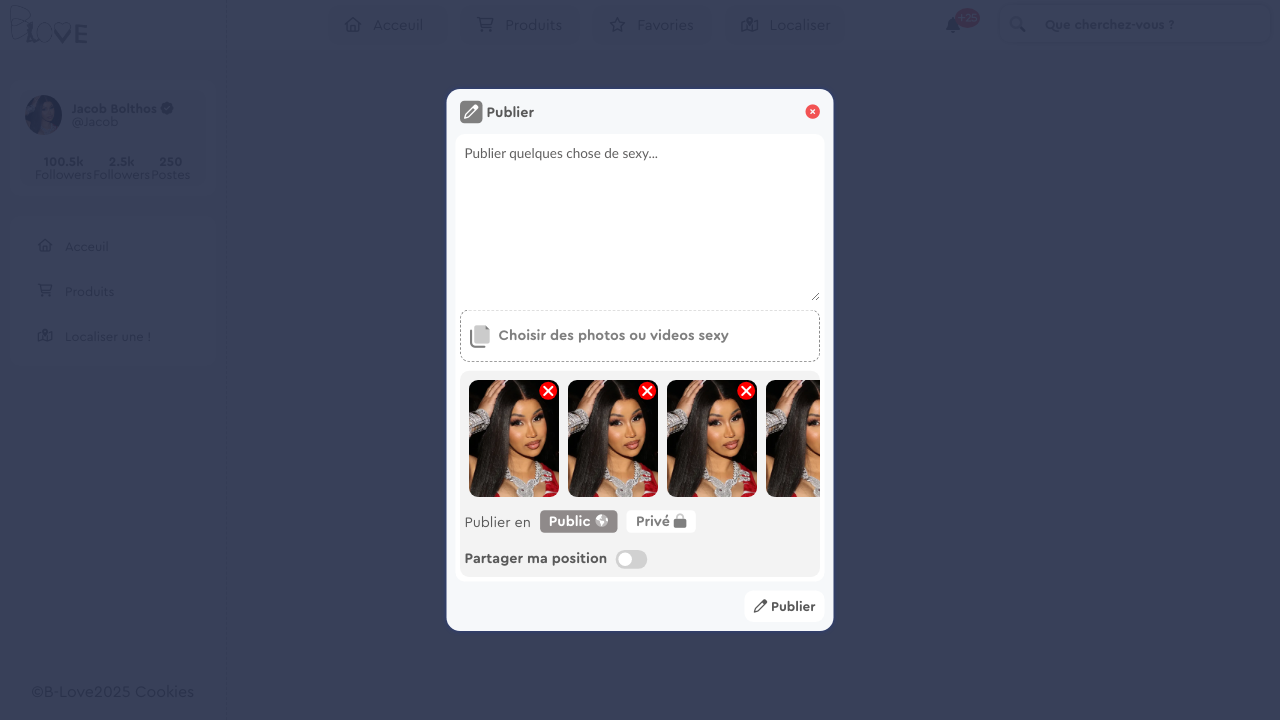
Repository: moomoony-log/b-love
Page: /home
An editor plug-in stored every save of this project. The page is shown before and after the next save, followed by the edit.
The browser window is 1280 px wide. The pictures show the whole page.
Pictures or frames that could not be fetched are drawn as grey boxes. The project was rebuilt for these pictures with package versions that can differ from the ones it lists, and the page was loaded fresh each time. Also part of the build but not shown: vite.config.ts, src/rules/legacy.tsx, src/rules/privacy.tsx, src/components/basic/notification.tsx, src/view/auth.tsx, src/view/main/acceuil.tsx, src/view/main/dashbord.tsx, src/view/main/info-account.tsx and 3 more.

Above is the page before, as saved 2025-10-14 17:12:17.

### index.html
<!--
        ?????????         ?????????        ???????????????????
        ????? ?????     ????? ?????      ??????????   ??????????
        ?????  ?????   ?????  ?????    ????????         ????????
        ?????   ????? ?????   ?????    ??????            ????????
        ?????    ?????????    ?????    ??????            ????????
        ?????      ?????      ?????    ???????          ????????
        ?????                 ?????     ?????????      ????????
        ?????                 ?????        ???????????????????
        ?????                 ?????         ????????????????

    TRAVAIL JUSQU'A CE QU'ON DISE QUE TU ES FRANC-MAÇON
    TRAVAIL JUSQU'A CE QU'ON DISE QUE TU ES FRANC-MAÇON
    TRAVAIL JUSQU'A CE QU'ON DISE QUE TU ES FRANC-MAÇON
-->
<!doctype html>
<html lang="en">
  <head>
    <meta charset="UTF-8">
    <meta name="viewport" content="width=device-width, initial-scale=1.0">
    <meta http-equiv="X-UA-Compatible" content="IE=edge">
    <!-- Inbuilt -->
    <link rel="shortcut icon" href="./img/logoloveb.png" type="image/x-icon">
    <!-- <link rel="stylesheet" href="./vendor/font-awesome-pro/css/all.css">  -->
    <!-- <link rel="stylesheet" href="./css/app.css">  -->
    <title>B!love</title>
  </head>
  <body id="index">
    <div id="main-container"></div>
    <script type="module" src="/src/main.tsx"></script>
  </body>
</html>

### src/main.tsx
import { StrictMode } from 'react'
import { createRoot } from 'react-dom/client'
import App from './app'

createRoot(document.getElementById('main-container')!).render(
  <StrictMode>
    <App />
  </StrictMode>
)

### src/app.tsx

import { createBrowserRouter, RouterProvider } from "react-router-dom";
import Legacy from "./rules/legacy";
import Privacy from "./rules/privacy";
import Main from "./view/main/main";
import Auth from "./view/auth";
import Acceuil from "./view/main/acceuil";
import Dashbord from "./view/main/dashbord";
import "../public/css/app.css"
import "../public/vendor/font-awesome-pro/css/all.css"
import InfoAccount from "./view/main/info-account";
import Account from "./view/main/account";
import BecomeToMember from "./view/main/becomeToMember";
import Product from "./view/main/product";

// import Auth from "./view/auth";

const router =  createBrowserRouter([
	{
		path:'/',
		element:<Auth/>
	},
	{
		path:'/legacy',
		element:<Legacy/>
	},
	{
		path:'/privacy',
		element:<Privacy/>
	},
	{
		path:'/home',
		element:<Main/>,
		children:[
			{
				path:'acceuil',
				element: <Acceuil/>
			},
			{
				path:'dashbord',
				element: <Dashbord/>,
			},
			{
				path: 'product',
				element: <Product/>
			},
			{
				path:'check',
				element: <div>Localisation</div>
			},
			{
				path:'client',
				element: <InfoAccount/>,
				children: [
					{
						path:'compte',
						element: <Account/>
					},
					{
						path:'devenir_membre',
						element: <BecomeToMember/>
					},

				]
			}

		]
	}
])

// --> POINT D'ENTREE DANS L'APP(INDEX --> AUTH)
function App() {
	return <RouterProvider router={router}/>
}

export default App

### src/view/main/main.tsx
import { useEffect, useRef } from "react"
import { NavLink, Outlet } from "react-router-dom"
import Input from "../../components/basic/input"
import Button from "../../components/basic/button"
import ConfirmModal from "../../components/basic/modals/confirm"
import PublicationModal from "../../components/basic/modals/publication"

// --> content app-right

const Main = () => {
    const mainRef = useRef<HTMLDivElement>(null)
    useEffect(()=> {
		const index = mainRef.current?.parentElement?.parentElement

		if(index) index.removeAttribute("id")
		return () => { index?.setAttribute("id","index") }
	}, [])

    return (
        <>
        <div id="modals">
            <PublicationModal/>
        </div>
        <div id="app" ref={mainRef}>
            <div id="app-content-left">
                <div className="logo-content">
                    <img src="../../img/logB-love.png" alt=""/>
                    <i className="fa-regular fa-xmark-large"></i>
                </div>
                <div className="infos-account">
                    <NavLink to={"/home/client"}>
                        <div className="cont-infos-account">
                        <div className="identity">
                            <div className="cont-account-img" data-name="account"><img src="../../img/cardi_b.webp" alt="account-image"/></div>
                            <div className="name">
                                <span>Jacob Bolthos <i className="fa-solid fa-badge-check fa-rotate-by"></i></span>
                                <span>@Jacob</span>
                            </div>
                        </div>
                        <div className="followers">
                            <div className="cont-datail">
                                <span className="nb-follower">100.5k</span>
                                <span>Followers</span>
                            </div>
                            <div className="cont-datail">
                                <span className="nb-follower">2.5k</span>
                                <span>Followers</span>
                            </div>
                            <div className="cont-datail">
                                <span className="nb-post">250</span>
                                <span>Postes</span>
                            </div>
                        </div>
                    </div>
                    </NavLink>
                </div>
                 <div className="content-home-btn" data-parent="bar-left">
                    <Button type="button" children={true} to="/home/acceuil" name="Acceuil" icon="fa-regular fa-home" border={true} />
                    <Button type="button" children={true} to="/home/product" name="Produits" icon="fa-regular fa-cart-shopping" border={true} />
                    <Button type="button" children={true} to="/home/check" name="Localiser une !" icon="fa-regular fa-map-location-dot" border={true} />
                </div>
                <div className="privacy-terms">
                    ©B-Love2025 Cookies
                </div>
            </div>
            <div id="app-content-right">
                <div className="head">
                    <div className="cont-head">
                        <div className="logo-content">
                            <i className="fa-solid fa-arrow-left-from-line"></i>
                            <img src="../img/logB-love.png" alt=""/>
                        </div>
                        <div className="navigation-btn">
                            <Button type="button" navigate="true" children={true} to="/home/acceuil" name="Acceuil" icon="fa-regular fa-home" border={true} />
                            <Button type="button" navigate="true" children={true} to="/home/product" name="Produits" icon="fa-regular fa-cart-shopping" border={true} />
                            <Button type="button" navigate="true" children={true} to="/home/favories" name="Favories" icon="fa-regular fa-star" border={true} />
                            <Button type="button" navigate="true" children={true} to="/home/check" name="Localiser" icon="fa-regular fa-map-location-dot" border={true}/>
                        </div>
                        <div className="account-btn">
                            <div className="notifs">
                                <i className="fa-solid fa-bell" title="Notifications" data-count="+25"></i>
                            </div>
                            <div className="search">
                                <Input type="text" icon="fa-duotone fa-magnifying-glass" placeholder="Que cherchez-vous ?"/>
                                <div className="cont-recent-search">
                                    <div className="recent-search-item">
                                        <i className="fa-duotone fa-timer"></i>
                                        <span>Alissa la plus go du peuple</span>
                                        <i className="fa-solid fa-xmark"></i>
                                    </div>
                                    <div className="recent-search-item">
                                        <i className="fa-duotone fa-timer"></i>
                                        <span>Alissa la plus go du peuple</span>
                                        <i className="fa-solid fa-xmark"></i>
                                    </div>
                                    <div className="recent-search-item">
                                        <i className="fa-duotone fa-timer"></i>
                                        <span>Alissa la plus go du peuple </span>
                                        <i className="fa-solid fa-xmark"></i>
                                    </div>
                                    <div className="recent-search-item">
                                        <i className="fa-duotone fa-timer"></i>
                                        <span>Alissa la plus go du peuple</span>
                                        <i className="fa-solid fa-xmark"></i>
                                    </div>
                                </div>
                            </div>
                        </div>
                    </div>
                    <div className="navigation-btn dos">
                        <button type="button" className="ui-btn" name=""  data-size="large"  data-navigate data-active><i className="fa-regular fa-house"></i> </button>
                        <button type="button" className="ui-btn" name=""  data-size="large"  data-navigate ><i className="fa-regular fa-cart-shopping"></i></button>
                        <button type="button" className="ui-btn" name=""  data-size="large"  data-navigate ><i className="fa-regular fa-star"></i></button>
                        <button type="button" className="ui-btn" name=""  data-size="large"  data-navigate ><i className="fa-regular fa-map-location-dot"></i></button>
                        <button type="button" className="ui-btn" name=""  data-size="large"  data-navigate ><i className="fa-solid fa-bell" title="Notifications" data-count="+25"></i> </button>
                    </div>
                </div>
                {/* Contenu des notifications de (messages de l'app) */}
                <div className="message-container" data-show_>
                    <span className="title" data-number="355"><i className="fa-solid fa-bell"></i> Notifications</span>
                    <div className="item-cont cool-scroll-bar">
                        <div className="message-item">
                            <div className="cont-account-img" data-name="pub-2"><img src="../img/cardi_b.webp" alt="account-image"/></div>
                            <div className="comment">
                                <span className="names">ALAIN Dowahi Fall</span>
                                <span className="text">Vous suit à présent</span>
                                <span className="time"><i className="fa-regular fa-timer"></i> Maintenant</span>
                            </div>
                        </div>
                        <div className="message-item">
                            <div className="cont-account-img" data-name="pub-2"><img src="../img/cardi_b.webp" alt="account-image"/></div>
                            <div className="comment">
                                <span className="names">ALAIN Dowahi Fall</span>
                                <span className="text">Vous suit à présent</span>
                                <span className="time"><i className="fa-regular fa-timer"></i> Maintenant</span>
                            </div>
                        </div>
                        <div className="message-item" data-new="">
                            <div className="cont-account-img" data-name="pub-2"><img src="../img/cardi_b.webp" alt="account-image"/></div>
                            <div className="comment">
                                <span className="names">ALAIN Dowahi Fall</span>
                                <span className="text">A signalé votre compte</span>
                                <span className="time"><i className="fa-regular fa-timer"></i> Il ya 12h</span>
                            </div>
                        </div>
                        <div className="message-item">
                            <div className="cont-account-img" data-name="pub-2"><i className="fa-solid fa-gears"></i></div>
                            <div className="comment">
                                <span className="names">ALAIN Dowahi Fall</span>
                                <span className="text">Vous vous est connecté depuis un autre emplacemnet</span>
                                <span className="time"><i className="fa-regular fa-timer"></i> Il ya 12h</span>
                            </div>
                        </div>
                        <div className="message-item">
                            <div className="cont-account-img" data-name="pub-2"><i className="fa-solid fa-gears"></i></div>
                            <div className="comment">
                                <span className="names">ALAIN Dowahi Fall</span>
                                <span className="text">Vous vous est connecté depuis un autre emplacemnet</span>
                                <span className="time"><i className="fa-regular fa-timer"></i> Il ya 12h</span>
                            </div>
                        </div>
                        <div className="message-item">
                            <div className="cont-account-img" data-name="pub-2"><i className="fa-solid fa-gears"></i></div>
                            <div className="comment">
                                <span className="names">ALAIN Dowahi Fall</span>
                                <span className="text">Vous vous est connecté depuis un autre emplacemnet</span>
                                <span className="time"><i className="fa-regular fa-timer"></i> Il ya 12h</span>
                            </div>
                        </div>
                    </div>
                </div>
                <div className="body">
                    <div className="body-2 cool-scroll-bar">
                        <Outlet/>
                    </div>
                </div>
            </div>
        </div>
        </>
    )
}

export default Main

### src/components/basic/button.tsx
// --> BUTTON COMPONENTS

import { forwardRef } from "react"
import { NavLink, useLocation } from "react-router-dom";

interface buttonProps {
    type: 'submit' | 'button',
    name?: string,
    icon?:string,
    color?: string,
    outline?: string,
    small?: 'small' | 'small-1' | 'small-2' | 'small-3',
    navigate?: string,
    children: boolean,
    border?: boolean,
    to: string | false,
    inner?:string,
    disable?:boolean,
    onclick?: () => unknown
}

const Button = forwardRef<HTMLButtonElement, buttonProps>(
  ({ name, icon, color, outline, small, navigate, inner, disable, children,border, to, onclick }, ref) => {
    const location = useLocation()
    return (
      <button
        ref={ref}
        type="button"
        className="ui-btn"
        name={name}
        color={color}
        {...(outline ? { "data-outline": "" } : {})}
        {...(disable ? { disabled: true } : {})}
        {...(navigate ? { "data-navigate": "" } : {})}
        {...(inner ? { "data-inner": "" } : {})}
        {...(small ? { "data-size" : small} : {})}
        {...(border ? { "data-border": "" } : {})}
        {...(to && location.pathname === to ? { "data-active": "" } : {})}
        onClick={onclick}
      >
        { (!children && !to ) && name } { icon && (!children && !to ) && <i className={icon}></i> }

        { (children && to) && <NavLink to={to}>  <i className={icon}></i>  {name} </NavLink> }

      </button>
    );
  }
);

export default Button

### public/css/config/config.css
/* Style global de configuration */

/* Police d'ecriture */
/* Cera */
@font-face{
    font-family: 'Cera';
    src: url('../../font/cera-round-pro/CeraRoundPro-Bold.otf');
    font-weight: bold;
}
@font-face {
    font-family: 'Cera';
    src: url('../../font/cera-round-pro/CeraRoundPro-Regular.otf');
    font-weight: normal;
}

/* body{
    display: flex !important;
    padding: 5px;
    height: 100%;
    width: 100%;
    position: absolute;
    top: 0;
    left: 0;
    overflow: hidden;
} */
body *{
    box-sizing: border-box;
    font-family: 'Cera', sans-serif;
    font-weight: bold;
}

button:focus, input:focus, textarea:focus, select:focus {
    outline: none;
}

button {
    cursor: pointer;
    border: none;
}

h1, h2, h3, h4, h5, p {
    color: inherit;
    margin: 0;
    padding: 0;
    text-decoration: inherit;
}

img{
    height: inherit;
    max-width: 100%;
}

### public/css/component/components.css
 /* Imporation des dependances */
 @import url('input.css');
 @import url('button.css');
 @import url('img.css');
 @import url('notification.css');
 @import url('loader.css');
 @import url('table.css');
 @import url('./modals/modal.css');

 @keyframes text{
    0%{
        transform: translateX(100%);
    }
    100%{
        transform: translateX(-100%);
    }
 }

### public/css/views.css
/* --> Css relative à toutes les vues communes  */
@import url('views/auth.css');
@import url('views/legacy.css');
@import url('views/privacy.css');

### public/css/animation.css
@keyframes reotateInner {
    from {
       transform: rotate(0);
    }
    to{
       transform: rotate(180deg);
    }
 }
 @keyframes Online {
    0%, 100% {
       transform: scale(1.5);
       opacity: 1;

    }
    50% {
       transform: scale(0.5);
       /* opacity: 0.5; */
    }
 }
  @keyframes Online2 {
    0%, 100% {
       opacity: 1;

    }
    50% {
       opacity: 0.5;
    }
 }
 @keyframes spin {
   0%{
      transform: rotate(0deg);
   }
   100%{
      transform: rotate(360deg);
   }

 }
  @keyframes opa {
   0%{
      opacity: .4;
   }
   100%{
      opacity: 1;
   }

 }

### public/css/utils/utils.css
@import url('variable.css');
@import url('helper.css');

### public/css/utils/variable.css
/* Variables */
:root{
    --color-white: #ffffff;
    --color-gray-soft: #F6F8FA;
    --color-gray-medium: #b0b0b0;
    --color-gray-hard: #595959;
    --color-gray-hard-1: #7f7f7f;
    /* --color-gray-hard-3: #d4d2d246; */
    --color-gray-hard-3: #f2f2f2e7;
    --color-gray-hard-5: #f2f2f2;
    --color-gray-hard-4: #5959592f;
    --color-blue-lite: #dbf5ff;
    --color-blue-soft: #00B0F0;
    --color-blue-soft-2: #9ab9dc;
    --color-blue-hard: #2A6EBB;
    --color-green-lite: #aefecf;
    --color-green-lite-2: #80d6a4;
    --color-green-hard: #41cf7c;
    --color-red-lite: #ffcdcd;
    --color-red-soft: #f58e8e;
    --color-red-hard: #f25353;
    --shadow-one: 0 0 5px #eee;
    --shadow-two: 0 0 5px #84b1c3;
    --shadow-3: 0 0 4px #bababa;
    --bezier-1: cubic-bezier(0.68, -0.55, 0.27, 1.55);
}

### public/css/utils/helper.css
/* cool-scroll-bar */
.cool-scroll-bar::-webkit-scrollbar{
    width: 3px;
    height: 3px;
    border-radius: 50px !important;
    background-color: var(--color-gray-soft);
    box-shadow: 0 0 5px var(--color-gray-soft);
}
.cool-scroll-bar::-webkit-scrollbar-thumb{
    background-color: var(--color-gray-medium);
    border-radius: 50px !important;
}

### public/css/views/legacy.css
.legacy {
    z-index: 10;
    height: 100%;
    padding: 20px;
    overflow: auto;
}
.legacy p{
    font-size: 40px;
}

### public/css/views/privacy.css
.privacy {
    z-index: 10;
    height: 100%;
    padding: 20px;
    overflow: auto;
}
.privacy p{
    font-size: 40px;
}

### public/css/component/loader.css

/* CSS DU COMPOSANT DE CHRAGEMENT */
#loader{
    position: absolute;
    display: flex;
    flex-direction: column;
    width: 100%;
    gap: 10px;
    height: 100%;background-color: rgba(255, 255, 255, 0.744);
    justify-content: center;
    align-items: center;
    z-index: 1000;
}

#loader .spinner{
    height: 60px;
    width: 60px;
    display: flex;
    justify-content: center;
    align-items: center;
    position: relative;
    animation: spin 2s linear infinite;
}
#loader .spinner::before{
    content: '';
    height: 100%;
    width: 100%;
    position: absolute;
    border-radius: 50%;
    border: solid 4px var(--color-gray-hard-3);
}
#loader .spinner::after{
    content: '';
    height: 100%;
    width: 100%;
    position: absolute;
    border-radius: 50%;
    border: solid 4px transparent;
    border-left-color:var(--color-gray-hard-1);
    animation: spin 0.8s linear infinite, opa 0.8s ease-in-out infinite alternate-reverse;
}
#loader img{
    width: 95px;
    height: 50px;
}
#loader i{
    font-size: 20px;
}
#loader .i{
   background-color: var(--color-gray-hard-);
   padding: 7px;
   display: flex;
   align-items: center;
   justify-content: center;
   border-radius: 5px;
}

### public/css/component/table.css
.infos-personnels[data-name="statut"] .availability table{
    border-collapse: collapse;
    width: 100%;
    background-color: var(--color-white);
    text-align: center;
    font-size: 13px;
}
.availability table th,
.availability table td{
    height: 40px;
    padding: 3px;
}
.availability table td:last-child{
    text-align: right;
}
.availability table tbody tr:hover{
    background-color: var(--color-gray-hard-3);
}

.cont-my-post table{
    width: 100%;
    border-spacing: 0 5px;
    background-color: var(--color-white);
    text-align: center;
    padding: 5px;
    border-radius: 5px;
}
.cont-my-post table tbody td:last-child button{
    background-color: white;
    margin-left: 5px;
}
.cont-my-post table tbody tr:hover td{
    background-color: var(--color-white);
}
.cont-my-post table tbody tr:hover td:last-child button{
    background-color: var(--color-gray-hard-3);
}

.cont-my-post table tbody td{
    padding: 5px;
    background-color: var(--color-gray-hard-3);
    font-weight: lighter;
    margin: 10px;
}
.cont-my-post table tbody td:last-child{
    text-align: right;
}


@media (max-width: 855px) {
    .cont-my-post table{
        font-size: 12px;
    }
    .cont-my-post table tbody td:last-child{
        display: flex;
        flex-direction: column;
        margin: 0;
        gap: 5px;
    }
}

@media (max-width: 355px) {
    .cont-my-post table tbody td:last-child{
        font-size: 11px;
    }
}

### src/utils/utils.ts
class Utils {

    static emailValidation(email: string) : boolean {
        const emailRegex :RegExp = /^[^\s@]+@[^\s@]+\.[^\s@]+$/
        return emailRegex.test(email)
    }

    static inputValue(value: string, minLenght: number) : boolean {
        const inputRegex :RegExp = /^[A-Za-zÀ-ÖØ-öø-ÿ\s]+$/

        if (value.length > minLenght && inputRegex.test(value)) return inputRegex.test(value)
        else return false
    }

    static passwordValidation = (value: string):boolean => {
        const passwordRegex: RegExp = /^(?=.*?[A-Z])(?=.*?[a-z])(?=.*?[0-9])(?=.*?[#?!@$%^&*-]).{8,}$/g
        if (passwordRegex.test(value)) return true
        else return false
    }

    static otpValidation = (value: string):boolean => {
        const otpRegex : RegExp = /^[0-9]+$/gm
        if(otpRegex.test(value) && value.length === 1) return true
        else return false
    }

}

export default Utils

Loaded but not shown: public/vendor/font-awesome-pro/css/all.css (library); public/css/app.css (2376 lines, source omitted); src/components/basic/input.tsx (178 lines, source omitted); public/css/views/auth.css (265 lines, source omitted); public/css/component/input.css (227 lines, source omitted); public/css/component/button.css (208 lines, source omitted); public/css/component/modals/publication.css (141 lines, source omitted); public/css/component/img.css (159 lines, source omitted); src/components/basic/modals/publication.tsx (49 lines, source omitted); public/css/component/notification.css (131 lines, source omitted); public/css/component/modals/modal.css (79 lines, source omitted); public/css/component/modals/confirm.css (57 lines, source omitted)

After the next save:
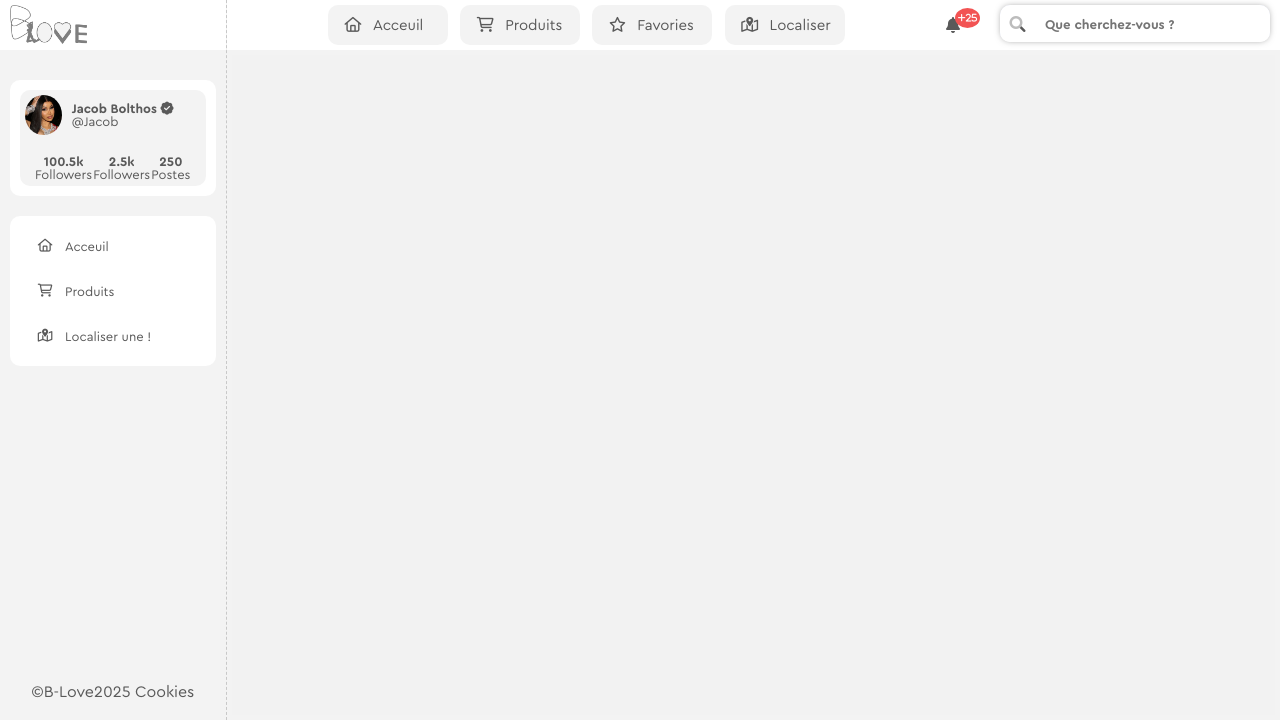
Saved 36 min 9 s later.
--- a/src/view/main/main.tsx
+++ b/src/view/main/main.tsx
@@ -19,7 +19,7 @@ const Main = () => {
     return (
         <>
         <div id="modals">
-            <PublicationModal/>
+            {/* <PublicationModal/> */}
         </div>
         <div id="app" ref={mainRef}>
             <div id="app-content-left">
